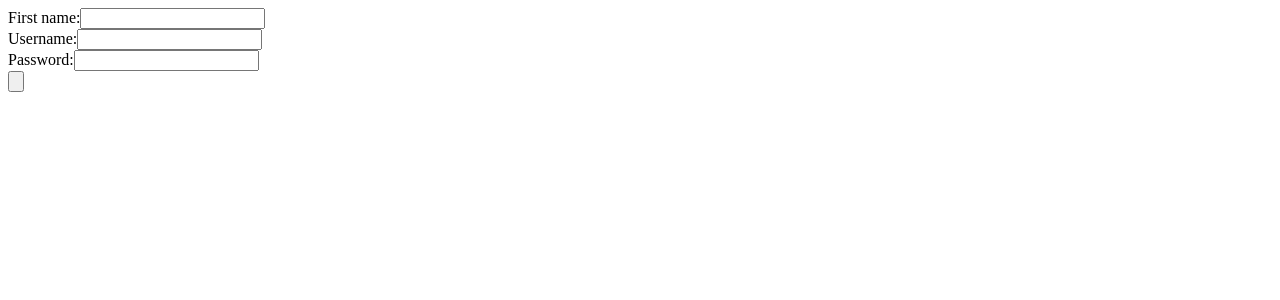
Repository: Shveta625/EmfRepository
Page: http://localhost/UserRegistration/RegisterUser.jsp
An editor plug-in stored every save of this project. The page is shown before and after the next save, followed by the edit.
The browser window is 1280 px wide. The pictures show the whole page.
The page is served by Tomcat 9.

Above is the page before, as saved 2017-11-08 07:00:02.

After the next save:
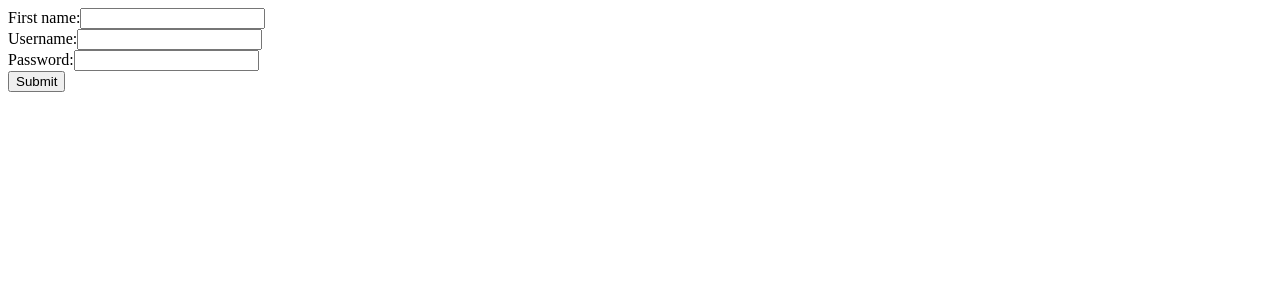
Saved 95 s later.
--- a/UserRegistration/WebContent/RegisterUser.jsp
+++ b/UserRegistration/WebContent/RegisterUser.jsp
@@ -23,11 +23,11 @@
 		}
 	</script>
 
-	<form id="form1" action="">
+	<form id="form1" action="RegisterUserServlet" method="post">
 		First name:<input type="text" name="firstName"> <br>
 		Username:<input type="text" name="username"> <br>
 		Password:<input type="text" name="password"> <br>
-		<input type="button" name="submit">
+		<input type="Submit" value="Submit">
 	</form>
 
 </body>
